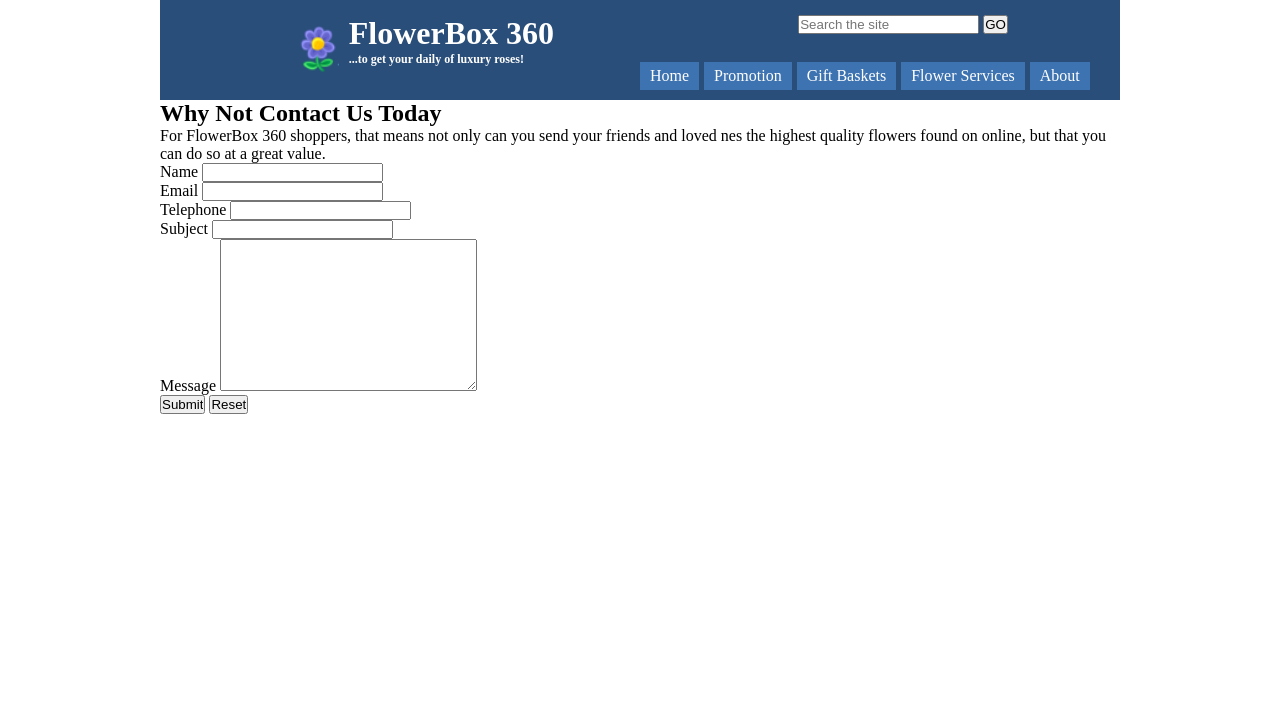
Repository: hoangnguyen1903/STT_21084321_NguyenHuyHoang_DHKHMT17B_Tuan4_DeThamKhao3
Page: html/demo.html
An editor plug-in stored every save of this project. The page is shown before and after the next save, followed by the edit.
The browser window is 1280 px wide. The pictures show the whole page.

Above is the page before, as saved 2023-03-09 14:32:40.

After the next save:
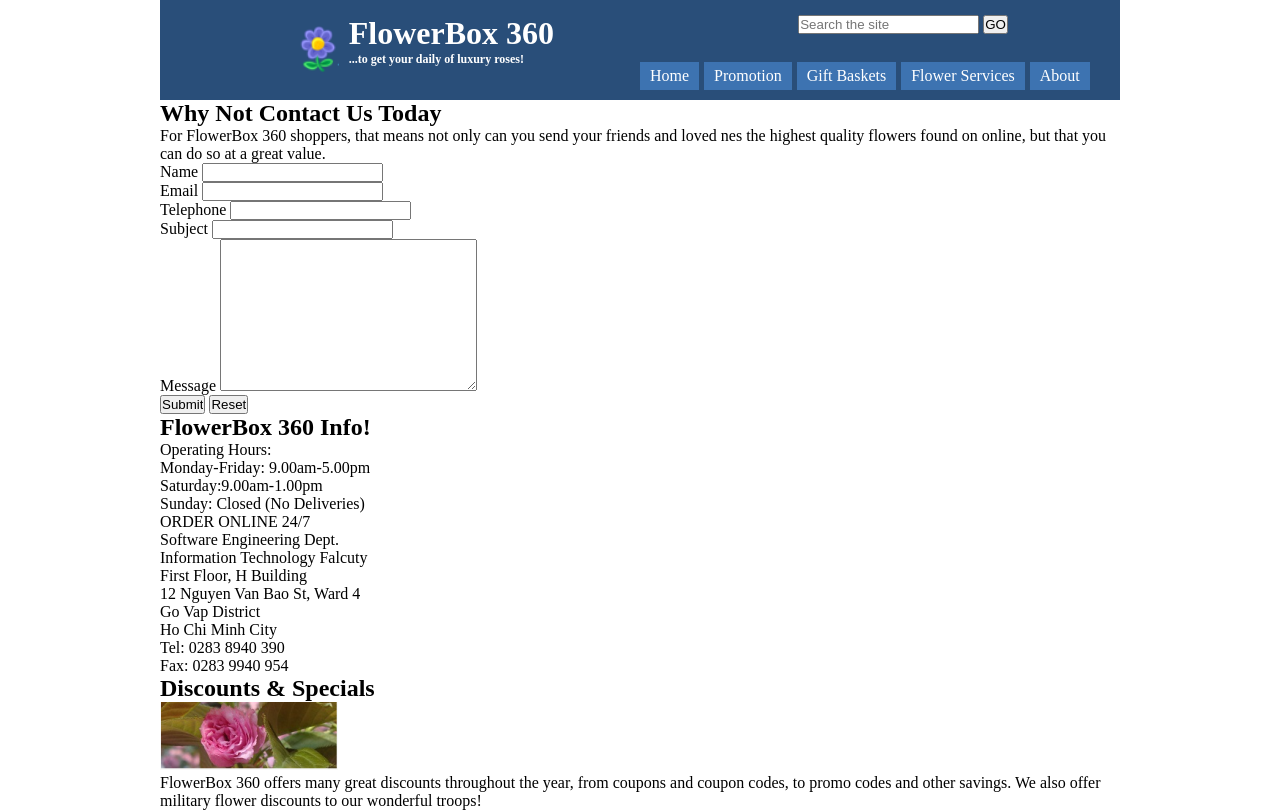
Saved 9 min 20 s later.
--- a/html/demo.html
+++ b/html/demo.html
@@ -140,9 +140,41 @@
                 </div>
               </form>
             </div>
+            <div class="content__left-info">
+              <h2 class="content__left-heading">FlowerBox 360 Info!</h2>
+              <div>
+                <p>Operating Hours:</p>
+                <p>Monday-Friday: 9.00am-5.00pm</p>
+                <p>Saturday:9.00am-1.00pm</p>
+                <p>Sunday: Closed (No Deliveries)</p>
+                <p>ORDER ONLINE 24/7</p>
+              </div>
+              <div>
+                <p>Software Engineering Dept.</p>
+                <p>Information Technology Falcuty</p>
+                <p>First Floor, H Building</p>
+              </div>
+              <div>
+                <p>12 Nguyen Van Bao St, Ward 4</p>
+                <p>Go Vap District</p>
+                <p>Ho Chi Minh City</p>
+                <p>Tel: 0283 8940 390</p>
+                <p>Fax: 0283 9940 954</p>
+              </div>
+            </div>
           </div>
         </div>
-        <div class="content__right"></div>
+        <div class="content__right">
+          <h2 class="content__right-top">Discounts & Specials</h2>
+          <div class="content__right-bottom">
+            <img src="../img/flower.PNG" alt="Flower" />
+            <p>
+              FlowerBox 360 offers many great discounts throughout the year,
+              from coupons and coupon codes, to promo codes and other savings.
+              We also offer military flower discounts to our wonderful troops!
+            </p>
+          </div>
+        </div>
       </div>
       <div class="footer"></div>
     </div>
